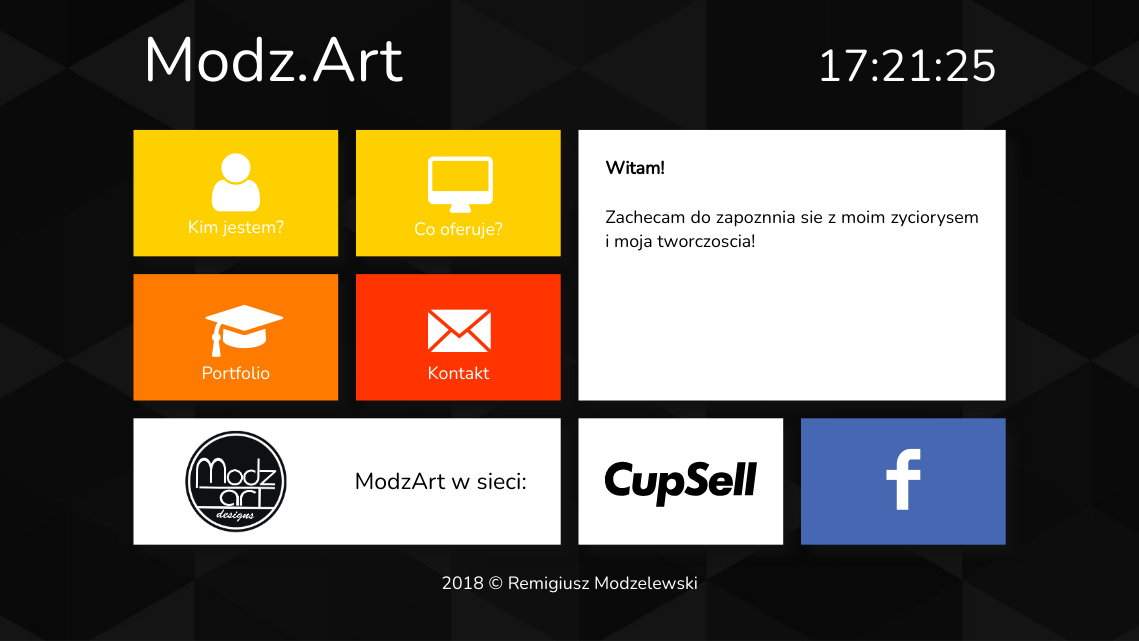
Repository: RemModz/Portfolio
Page: index.html
An editor plug-in stored every save of this project. The page is shown before and after the next save, followed by the edit.
The browser window is 1280 px wide. The pictures show the whole page, at 89% of full size.
Backgrounds fixed to the window are drawn as part of the page.

Above is the page before, as saved 2018-11-19 19:55:26.

### index.html
<!DOCTYPE html>
<html lang="en">
<head>
    <meta charset="UTF-8">
    <meta name="viewport" content="width=device-width, initial-scale=1, maximum-scale=1">
    <meta http-equiv="X-UA-Compatible" content="ie=edge">
    <title>ModzArt - Portfolio</title>
    <meta name='description' content="Portfolio z tworczoscia Remka Modzelewskiego"/>
    <meta name='keywords' content="webdesign, webgraphics, drawing and vector art"/>

    <link rel="stylesheet" href="style.css" type="text/css"/>
    <link rel="stylesheet" href="/fontello/css/fontello.css" type="text/css"/>
    <link href="https://fonts.googleapis.com/css?family=Nunito" rel="stylesheet">
    <script src="timer.js"></script>
</head>
<body onload="odliczanie();"></body>
    <div id="container">

        <div class="rectangle">
                <div id="logo">

                    <a href="index.html" class="tilelinkhtml5">Modz.Art</a></div>
            <div id="zegar"></div>
            <div style="clear:both;"></div>
        </div>

        <div class="square1">
            <div class="tile1">
                <a href="kimjestem.html" class="tilelink"> <i class="icon-user"></i><br/>Kim jestem? </a>
            </div>
            <div class="tile1">
                <a href="cooferuje.html" class="tilelink"> <i class="icon-desktop"></i><br/>Co oferuje? </a>
                       </div>
            <div style="clear:both;"></div>

            <div class="tile2">
                    <a href="cv.html" class="tilelink"> <i class="icon-graduation-cap"></i><br />Portfolio </a>
                </div>
            <div class="tile3">
                    <a href="kontakt.html" class="tilelink"> <i class="icon-email"></i><br />Kontakt </a>
            </div>
            <div style="clear:both;"></div>

            <div class="tile4">

                    <img src="modzartlogo.svg" alt="ModzArt">  <span class="wsieci"> ModzArt w sieci: </span>

            </div>
                <div style="clear:both;"></div>
        </div>



        <div class="square2">
            <div class="tile5"><b>Witam!</b> <br /> <br />Zachecam do zapoznnia sie z moim zyciorysem i moja tworczoscia! </div>

            <div class="cupsell">
                    <a href="http://www.modzart.cupsell.pl" target="_blank" class="sociallink"><img src="cupsell.svg" alt="CupSell"></a></div>

                    <div class="fb">
                    <a href="http://www.facebook.com/R.ModzArt" target="_blank" class="sociallink"> <i class="icon-facebook"></i></a></div>
            <div style="clear:both;"></div>



        </div>

        <div style="clear:both;"></div>

        <div class="rectangle"> 2018 &copy;  Remigiusz Modzelewski</div>
    </div>
</body>
</html>

### style.css
@media (min-width: 1100px) {
    #container {width: 1050px;margin:0 auto;}
    .rectangle {margin:0 auto;}
    .footer {width: 1000px;margin:0 auto;}


    /* style dla 1050px */
    .square1 {width:30%;}
    .square2 {width:65%;}

}

@media (max-width: 1100px) and (min-width: 1050px) {
    #container {width: 950px;margin:0 auto;}
    .rectangle {margin:0 auto;}
    .footer {width: 950px;margin:0 auto;}
    .square1 {width:30%;}
    .square2 {width:65%;}

    /* style dla 950px */
}

@media (max-width: 1000px) and (min-width: 800px) {
    #container {width: 750px;margin:0 auto;}
    .rectangle {width: 750px;margin:0 auto;}
    .footer {width: 750px;margin:0 auto;}
    .square1 {width:30%;}
    .square2 {width:65%;}

    /* style dla 750px */
}

@media (max-width: 800px) and (min-width: 500px) {
    #container {width: 450px;margin:0 auto;}
    .rectangle {width: 450px;margin:0 auto;}
    .footer {width: 450px;margin:0 auto;}
    .square1 {width:30%;}
    .square2 {width:65%;}

    /* style dla 450px */
}

@media (max-width: 500px) {
    #container {width: 90%;margin:0 auto;}
    .rectangle {width: 90%;margin:0 auto;}
    .footer {width: 90%;margin:0 auto;}
    .square,
    .tile5 {width:100%;}
    /* style dla 300px */
}

body {
    background-color: #303030;
    color: #ffffff;
    font-family: 'Nunito', sans-serif;
    font-size: 20px;
    background-image: url(background.jpg);
    background-attachment: fixed, scroll;
    background-repeat: repeat;

}

#container {

    width: 1000px;
    margin-left: auto;
    margin-right: auto;
}

.rectangle {
    width: 960PX;
    margin: 20pX;
    text-align: center;
}


.square1 {
    width: 50%;
    float: left;
    color: black;
    text-align: center
}

.square2 {
    width: 50%;
    float: left;
    color: black;
    text-align: center
}

#logo {
    float: left;
    font-family: 'Nunito', sans-serif;
    font-size: 70px;
    width: 600;
    text-align: left;
}



#zegar {
    float: right;
    font-family: 'Nunito', sans-serif;
    font-size: 50px;
    text-align: left;
    margin-top: 20px;
}

.tile1 {
    margin: 10px;
    width: 230px;
    height: 142px;
    background-color: #ffd000;
    float: left;
    text-align: center;
    box-shadow: #111111 10px 10px 10px;
}

.tile1:hover {
background-color: #eec200b6;
}

.tile2 {
    margin: 10px;
    width: 230px;
    height: 142px;
    background-color:  #ff7b00;
    float: left;
    text-align: center;
    box-shadow: #111111 10px 10px 10px;
}

.tile2:hover {
    background-color: #f17501a4;
    }

.tile3 {
    margin: 10px;
    width: 230px;
    height: 142px;
    background-color: #ff3401;
    float: left;
    text-align: center;
    box-shadow: #111111 10px 10px 10px;
}
.tile3:hover {
    background-color:  #e72e009c;
    }

.tile4 {
    margin: 10px;
    width: 460px;
    height: 122px;
    padding: 10px;
    background-color: #ffffff;
    text-align: center;
    font-size: 26px;
    text-align: center;
    float: left;
    box-shadow: #111111 10px 10px 10px;
    display: inline-block;
    text-decoration: none;
    display: block;


}

.tile4:hover {
    background-color: #ffffff;
    }

.tile5 {
    margin: 10px;
    width: 420px;
    height: 244px;
    background-color: #ffffff;
    text-align: justify;
    padding: 30px;
    box-shadow: #111111 10px 10px 10px;
    text-decoration: none;


}


.fb {
    margin: 10px;
    width: 230px;
    height: 142px;
    background-color: #4668b3;
    float: left;
    box-shadow: #111111 10px 10px 10px;
    text-align: center;

}
.fb:hover {
    background-color: #3557a2a6;
    }

.cupsell {
    margin: 10px;
    width: 230px;
    height: 102px;
    padding-top: 40px;
    background-color: #ffffff;
    float: left;
    box-shadow: #111111 10px 10px 10px;
    text-align: center;

    }

.cupsell:hover {
    background-color: #eeeeee88;
    display: inline-block;
        }

.tilelink {

    color: #ffffff;
    text-decoration: none;
    display: block;
    width: 230px;
    height: 142px;

}

.tilelinkhtml5 {

    color: #ffffff;
    text-decoration: none;
    display: block;

}

.sociallink {

    color: #ffffff;
    text-decoration: none;
    display: block;
    width: 230px;
    height: 142px;
    margin-top: 20;

}

.wsieci {
    margin: 10px;
    width: 230px;
    height: 102px;
line-height: 102px;
    float: right;
}

.cvlink {

    color: #000000;
    text-decoration: none;
}

### fontello/css/fontello.css
@font-face {
  font-family: 'fontello';
  src: url('../font/fontello.eot?17037671');
  src: url('../font/fontello.eot?17037671#iefix') format('embedded-opentype'),
       url('../font/fontello.woff2?17037671') format('woff2'),
       url('../font/fontello.woff?17037671') format('woff'),
       url('../font/fontello.ttf?17037671') format('truetype'),
       url('../font/fontello.svg?17037671#fontello') format('svg');
  font-weight: normal;
  font-style: normal;
}
/* Chrome hack: SVG is rendered more smooth in Windozze. 100% magic, uncomment if you need it. */
/* Note, that will break hinting! In other OS-es font will be not as sharp as it could be */
/*
@media screen and (-webkit-min-device-pixel-ratio:0) {
  @font-face {
    font-family: 'fontello';
    src: url('../font/fontello.svg?17037671#fontello') format('svg');
  }
}
*/

 [class^="icon-"]:before, [class*=" icon-"]:before {
  font-family: "fontello";
  font-style: normal;
  font-weight: normal;
  speak: none;

  display: inline-block;
  text-decoration: inherit;
  width: 1em;
  margin-right: .2em;
  text-align: center;
  /* opacity: .8; */

  /* For safety - reset parent styles, that can break glyph codes*/
  font-variant: normal;
  text-transform: none;

  /* fix buttons height, for twitter bootstrap */
  line-height: 1em;

  /* Animation center compensation - margins should be symmetric */
  /* remove if not needed */
  margin-left: .2em;

  /* you can be more comfortable with increased icons size */
  /* font-size: 120%; */

  /* Font smoothing. That was taken from TWBS */
  -webkit-font-smoothing: antialiased;
  -moz-osx-font-smoothing: grayscale;

  /* Uncomment for 3D effect */
  /* text-shadow: 1px 1px 1px rgba(127, 127, 127, 0.3); */
}

.icon-user:before { content: '\e800'; font-size: 76px; margin-top: 20px;} /* '' */
.icon-email:before { content: '\e801'; font-size: 68px; margin-top: 30px; } /* '' */
.icon-gmail:before { content: '\e802'; font-size: 68px; margin-top: 30px; } /* '' */
.icon-twitter:before { content: '\f099'; font-size: 76px; margin-top: 30px; } /* '' */
.icon-gplus:before { content: '\f0d5'; font-size: 68px; margin-top: 30px;} /* '' */
.icon-desktop:before { content: '\f108'; font-size: 68px; margin-top: 30px;} /* '' */
.icon-youtube:before { content: '\f167'; font-size: 76px; margin-top: 30px;} /* '' */
.icon-graduation-cap:before { content: '\f19d'; font-size: 68px; margin-top: 30px;} /* '' */
.icon-facebook:before { content: '\f30c'; font-size: 76px; margin-top: 30px;} /* '' */

### timer.js
function odliczanie()
	{
		var dzisiaj = new Date();


		var godzina = dzisiaj.getHours();
		if (godzina<10) godzina = "0"+godzina;

		var minuta = dzisiaj.getMinutes();
		if (minuta<10) minuta = "0"+minuta;

		var sekunda = dzisiaj.getSeconds();
		if (sekunda<10) sekunda = "0"+sekunda;

		document.getElementById("zegar").innerHTML = +godzina+":"+minuta+":"+sekunda;

		 setTimeout("odliczanie()",1000);
	}

### modzartlogo.svg
<?xml version="1.0" encoding="UTF-8" standalone="no"?>
<!-- Created with Inkscape (http://www.inkscape.org/) -->

<svg
   xmlns:dc="http://purl.org/dc/elements/1.1/"
   xmlns:cc="http://creativecommons.org/ns#"
   xmlns:rdf="http://www.w3.org/1999/02/22-rdf-syntax-ns#"
   xmlns:svg="http://www.w3.org/2000/svg"
   xmlns="http://www.w3.org/2000/svg"
   xmlns:xlink="http://www.w3.org/1999/xlink"
   xmlns:sodipodi="http://sodipodi.sourceforge.net/DTD/sodipodi-0.dtd"
   xmlns:inkscape="http://www.inkscape.org/namespaces/inkscape"
   width="120"
   height="120"
   viewBox="0 0 79.639582 79.639586"
   version="1.1"
   id="svg3759"
   inkscape:version="0.92.3 (2405546, 2018-03-11)"
   sodipodi:docname="modzartlogo.svg">
  <defs
     id="defs3753" />
  <sodipodi:namedview
     id="base"
     pagecolor="#ffffff"
     bordercolor="#666666"
     borderopacity="1.0"
     inkscape:pageopacity="0.0"
     inkscape:pageshadow="2"
     inkscape:zoom="0.35"
     inkscape:cx="400"
     inkscape:cy="560"
     inkscape:document-units="px"
     inkscape:current-layer="layer1"
     showgrid="false"
     units="px"
     inkscape:window-width="1853"
     inkscape:window-height="895"
     inkscape:window-x="67"
     inkscape:window-y="27"
     inkscape:window-maximized="1" />
  <metadata
     id="metadata3756">
    <rdf:RDF>
      <cc:Work
         rdf:about="">
        <dc:format>image/svg+xml</dc:format>
        <dc:type
           rdf:resource="http://purl.org/dc/dcmitype/StillImage" />
        <dc:title></dc:title>
      </cc:Work>
    </rdf:RDF>
  </metadata>
  <g
     inkscape:label="Layer 1"
     inkscape:groupmode="layer"
     id="layer1"
     transform="translate(0,-217.3604)">
    <image
       width="75.551514"
       height="75.551514"
       preserveAspectRatio="none"
       xlink:href="data:[embedded picture, 42194 characters]"
       id="image10"
       x="1.9873376"
       y="220.14146" />
  </g>
</svg>

After the next save:
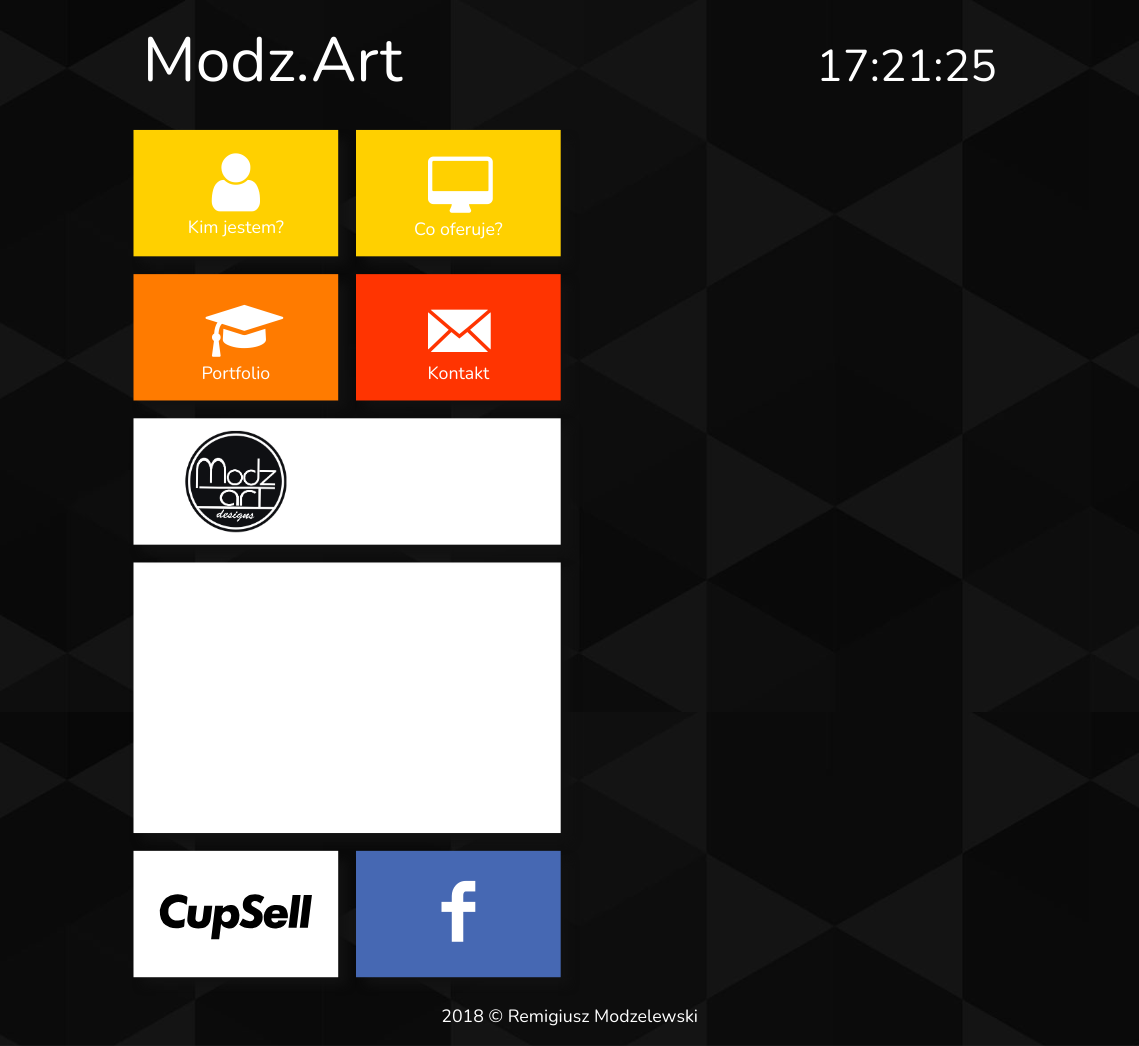
Saved 4 min 10 s later.
--- a/index.html
+++ b/index.html
@@ -24,7 +24,7 @@
             <div style="clear:both;"></div>
         </div>
 
-        <div class="square1">
+        <div id="square1">
             <div class="tile1">
                 <a href="kimjestem.html" class="tilelink"> <i class="icon-user"></i><br/>Kim jestem? </a>
             </div>
@@ -51,7 +51,7 @@
 
 
 
-        <div class="square2">
+        <div id="square2">
             <div class="tile5"><b>Witam!</b> <br /> <br />Zachecam do zapoznnia sie z moim zyciorysem i moja tworczoscia! </div>
 
             <div class="cupsell">

After the save that followed:
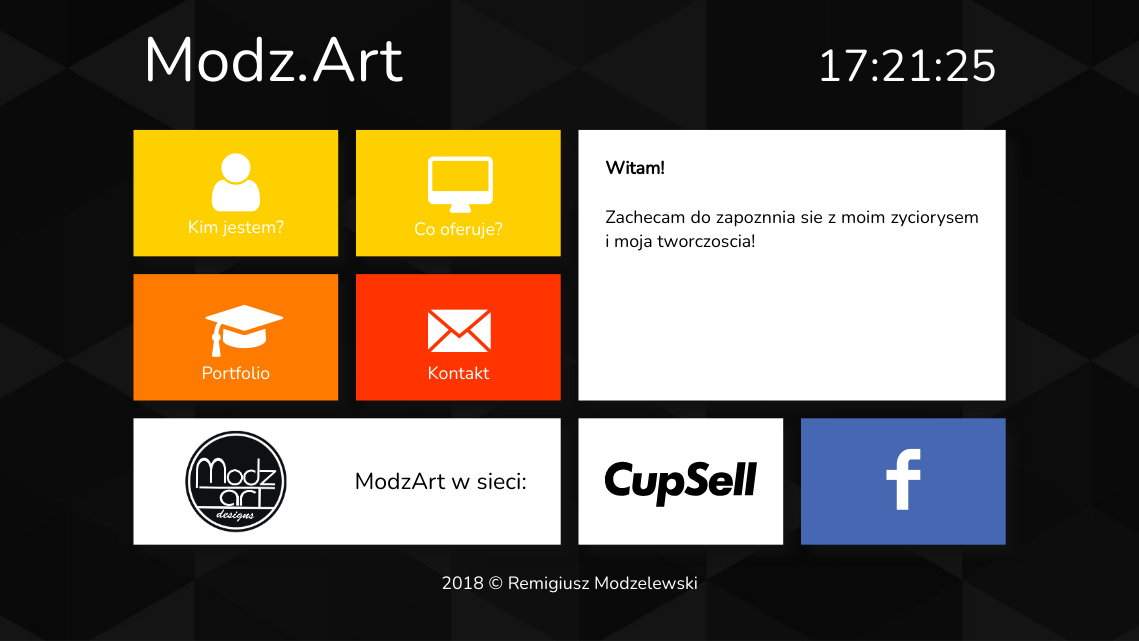
Saved 2 min 22 s later.
--- a/style.css
+++ b/style.css
@@ -74,14 +74,14 @@
 }
 
 
-.square1 {
+#square1 {
     width: 50%;
     float: left;
     color: black;
     text-align: center
 }
 
-.square2 {
+#square2 {
     width: 50%;
     float: left;
     color: black;
